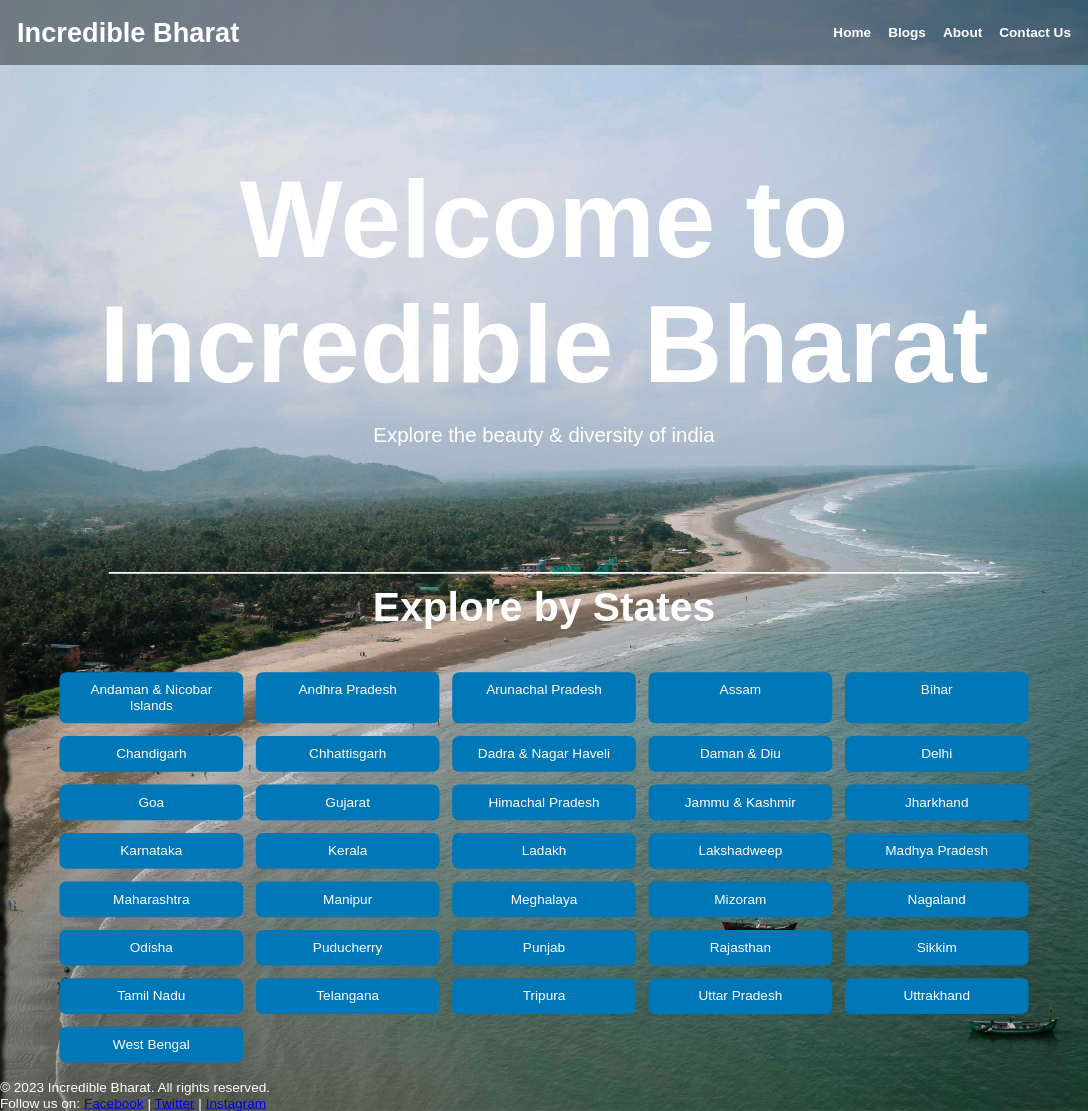
Repository: jaidhiman111/incrediblebharat
Page: index.html
The author's editor kept a copy of each file at every save. The page is drawn from the files as they stood at one save, then again after the next save.
The browser window is 1280 px wide. The pictures show the whole page, at 85% of full size.

Above is the page before, as saved 2025-04-30 22:26:57.

After the next save:
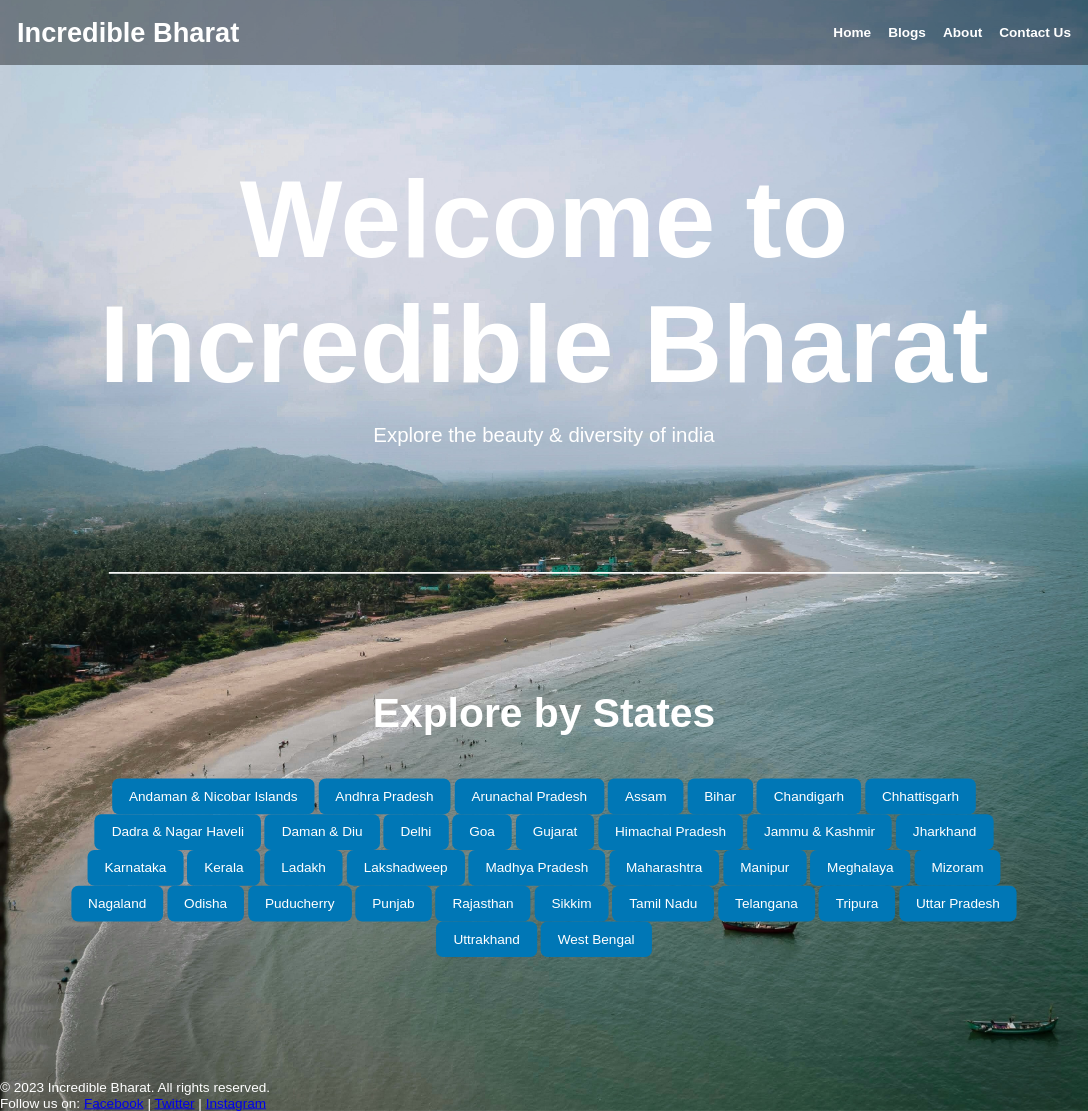
Saved 102 s later.
--- a/assets/style.css
+++ b/assets/style.css
@@ -91,9 +91,6 @@ hr {
 }
 
 .state-button {
-    display: grid;
-    grid-template-columns: repeat(auto-fit, minmax(200px, 1fr)); /* Responsive grid */
-    gap: 15px;
     padding: 30px;
     max-width: 1200px;
     margin: 0 auto;
